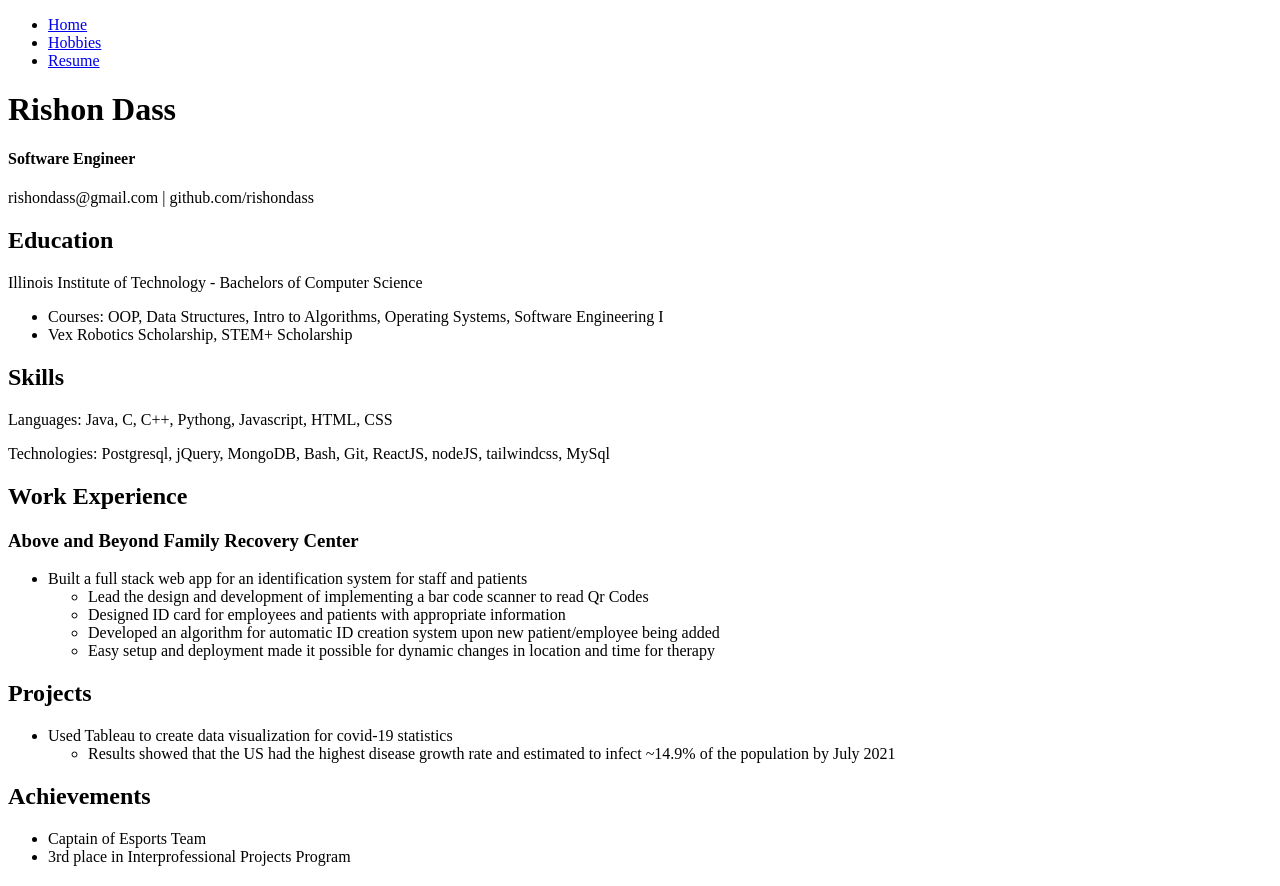
Repository: rishondass/ITMD361-Project1
Page: resume.html
These files come from the project's save history. The page is drawn as it stood at one moment and after a run of saves; the edit follows.
The browser window is 1280 px wide. The pictures show the whole page.

Above is the page before, as saved 2023-02-22 15:25:15.

### resume.html
<!DOCTYPE html>
<html lang="en">
<head>
    <meta charset="UTF-8">
    <meta name="viewport" content="width=device-width, initial-scale=1.0">
    <title>Resume</title>
</head>
<body>
    <nav>
        <ul>
            <li>
                <a href="index.html">Home</a>
            </li>
            <li>
                <a href="hobbies.html">Hobbies</a>
            </li>
            <li>
                <a href="resume.html">Resume</a>
            </li>
        </ul>
    </nav>
    <div>
        <h1>
            Rishon Dass
        </h1>
        <h4>
            Software Engineer
        </h4>
        <p>
            rishondass@gmail.com | github.com/rishondass
        </p>
    </div>
    <div>
        <h2>
            Education
        </h2>
        <p>
            Illinois Institute of Technology - Bachelors of Computer Science
        </p>
        <ul>
            <li>
                Courses: OOP, Data Structures, Intro to Algorithms, Operating Systems, Software Engineering I
            </li>
            <li>
                Vex Robotics Scholarship, STEM+ Scholarship
            </li>
        </ul>
    </div>
    <div>
        <h2>
            Skills
        </h2>
        <p>
            Languages: Java, C, C++, Pythong, Javascript, HTML, CSS
        </p>
        <p>
            Technologies: Postgresql, jQuery, MongoDB, Bash, Git, ReactJS, nodeJS, tailwindcss, MySql
        </p>
    </div>
    <div>
        <h2>
            Work Experience
        </h2>
        <h3>
            Above and Beyond Family Recovery Center
        </h3>
        <ul>
            <li>
                Built a full stack web app for an identification system for staff and patients
                <ul>
                    <li>
                        Lead the design and development of implementing a bar code scanner to read Qr Codes
                    </li>
                    <li>
                        Designed ID card for employees and patients with appropriate information
                    </li>
                    <li>
                        Developed an algorithm for automatic ID creation system upon new patient/employee being added
                    </li>
                    <li>
                        Easy setup and deployment made it possible for dynamic changes in location and time for therapy
                    </li>
                </ul>
            </li>
        </ul>
    </div>

    <div>
        <h2>
            Projects
        </h2>
        <ul>
            <li>
                Used Tableau to create data visualization for covid-19 statistics
                <ul>
                    <li>
                        Results showed that the US had the highest disease growth rate and estimated to infect ~14.9% of the
                        population by July 2021
                    </li>
                </ul>
            </li>
        </ul>
    </div>
    <div>
        <h2>
            Achievements
        </h2>
        <ul>
            <li>
                Captain of Esports Team
            </li>
            <li>
                3rd place in Interprofessional Projects Program
            </li>
        </ul>
    </div>
    <div>
        <h2>

        </h2>
    </div>
</body>
</html>

After the next 3 saves:
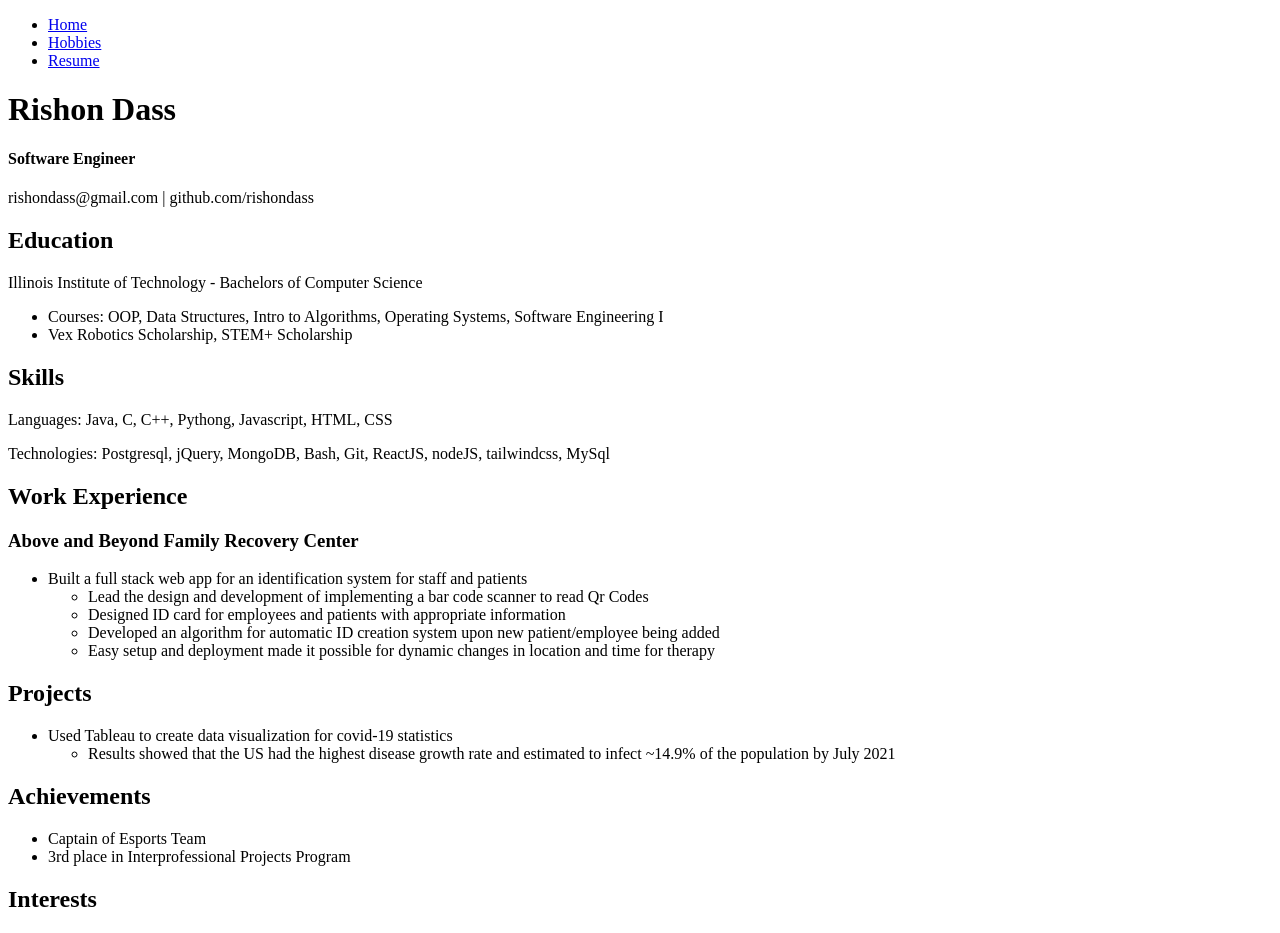
The 3 saves are shown as one change because they came seconds apart.
The last was saved 13 s later.
--- a/resume.html
+++ b/resume.html
@@ -116,8 +116,11 @@
     </div>
     <div>
         <h2>
+            Interests
+        </h2>
+        <p>
 
-        </h2>
+        </p>
     </div>
 </body>
 </html>
